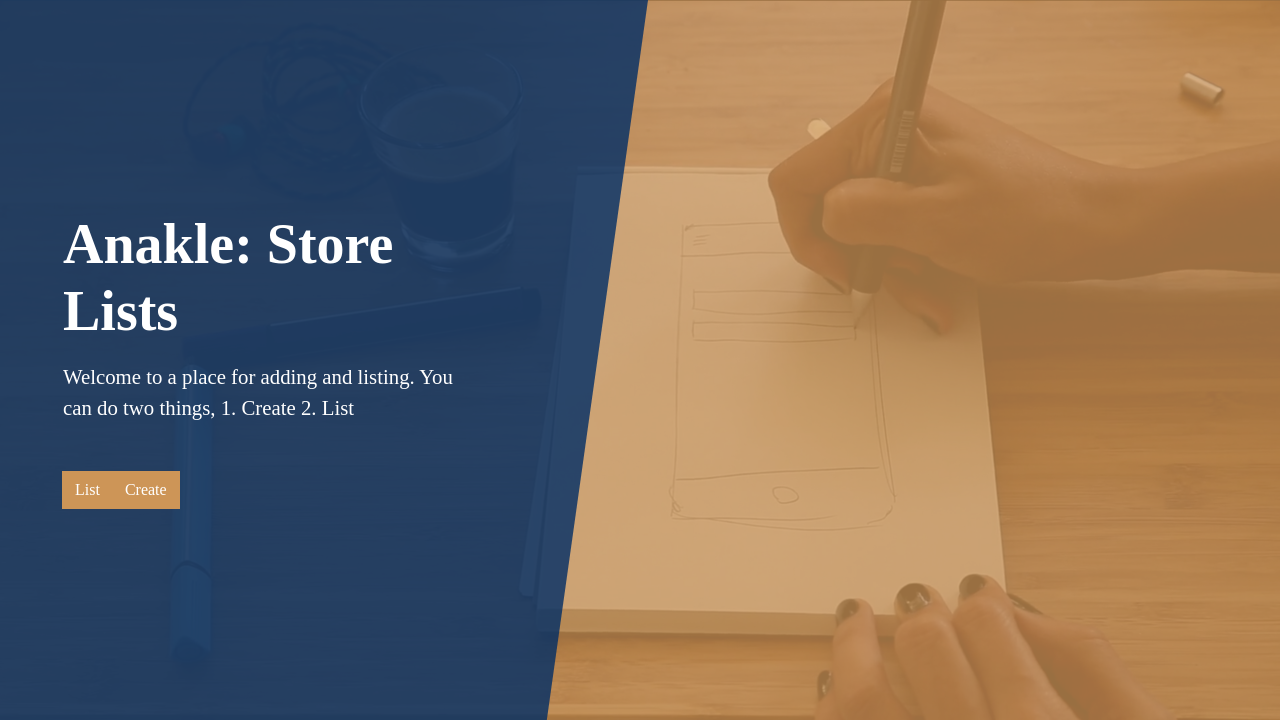
Repository: Guruscode/mega-list
Page: http://localhost/list.php
The author's editor kept a copy of each file at every save. The page is drawn from the files as they stood at one save, then again after a run of saves.
The browser window is 1280 px wide. The pictures show the whole page.
Some web fonts or font styles are not loaded; a fallback is used. The page is run by PHP 8.4 with error messages shown; the project is at /var/www/html/.

Above is the page before, as saved 2018-02-22 21:17:59.
Console error: TypeError: Cannot read properties of undefined (reading 'fn')

After the next 2 saves:
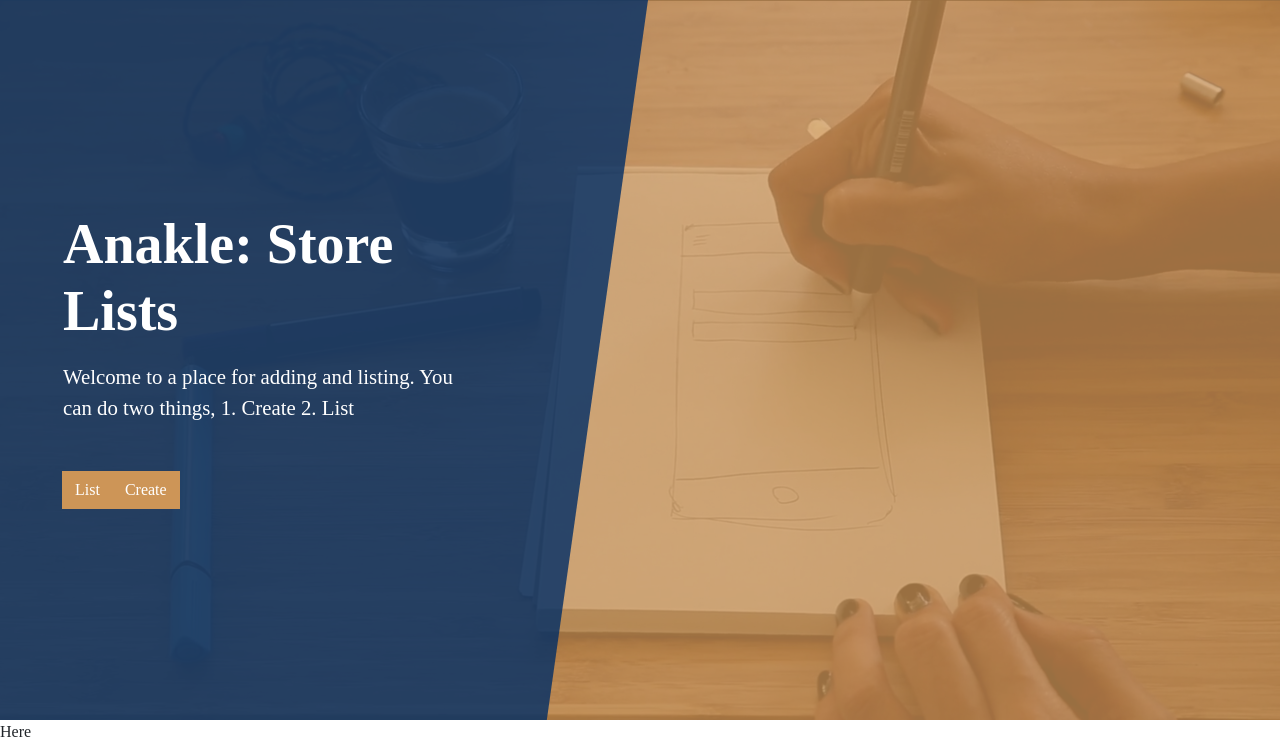
The 2 saves are shown as one change because they came seconds apart.
The last was saved 10 s later.
--- a/list.php
+++ b/list.php
@@ -42,6 +42,8 @@
         </div>
         </div>
 
+        <div>Here</div>
+
 <!-- login Register modal starts-->
 
 
